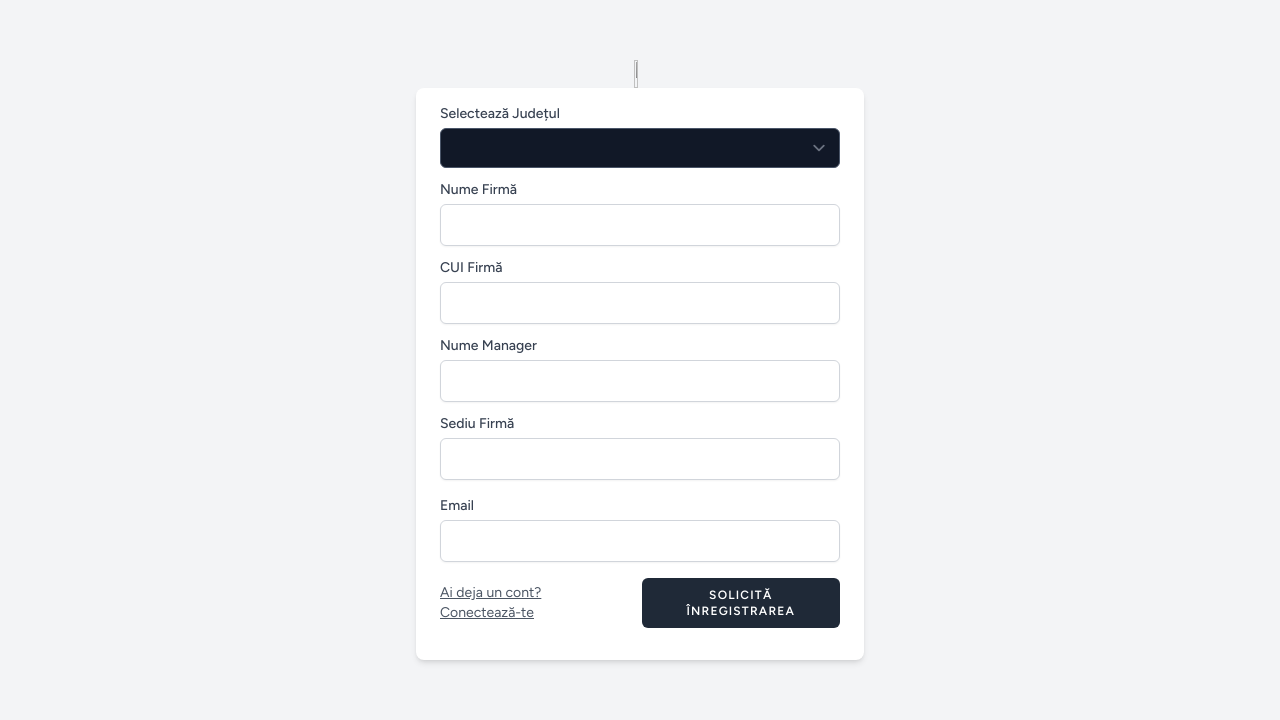
Repository: cosmin05072018/fantastic-events-manager
Page: http://localhost/register
These files come from the project's save history. The page is drawn as it stood at one moment and after the next save; the edit follows.
The browser window is 1280 px wide. The pictures show the whole page.
The page is served by the project's Laravel application, run on PHP 8.4 with Laravel 10. Other server files are loaded and not shown. Style sheets and scripts are compiled from the project's sources, by tool versions that may differ from the author's.

Above is the page before, as saved 2024-12-01 18:19:16.

### routes/web.php
<?php

use App\Http\Controllers\ProfileController;
use Illuminate\Support\Facades\Route;
use App\Http\Controllers\Auth\RegisteredUserController;
use App\Http\Controllers\SuperAdmin\FantasticAdminController;
use App\Http\Controllers\SuperAdmin\UserManagementController;

/*
|--------------------------------------------------------------------------
| Web Routes
|--------------------------------------------------------------------------
|
| Here is where you can register web routes for your application. These
| routes are loaded by the RouteServiceProvider and all of them will
| be assigned to the "web" middleware group. Make something great!
|
*/

// radacina proiectului
Route::get('/', function () {
    return view('startApp');
})->name('StartApp');;

// pagina in care userul este notificat ca a creat contul si trebuie sa astepte aprobarea noastra
Route::get('/registration/pending', [RegisteredUserController::class, 'pending'])->name('registration.pending');


// Route::get('/dashboard', function () {
//     return view('dashboard');
// })->middleware(['auth', 'verified'])->name('dashboard');

Route::middleware('auth')->group(function () {
    Route::get('/profile', [ProfileController::class, 'edit'])->name('profile.edit');
    Route::patch('/profile', [ProfileController::class, 'update'])->name('profile.update');
    Route::delete('/profile', [ProfileController::class, 'destroy'])->name('profile.destroy');
});


// SUPER ADMIN
// Route::get('/fantastic-admin', [FantasticAdminController::class, 'index'])->name('admin.dashboard');

Route::middleware('admin.access')->prefix('fantastic-admin')->name('admin.')->group(function () {
    // Dashboard route
    Route::get('/', [FantasticAdminController::class, 'index'])->name('dashboard');

    // Users management
    Route::get('/users-management', [UserManagementController::class, 'index'])->name('users-management');

    // Accept user
    Route::put('/users/{user}/accept', [UserManagementController::class, 'acceptUser'])->name('users.accept');

    // User logout
    Route::post('/logout', [FantasticAdminController::class, 'destroy'])->name('logout');

    // Delete user
    Route::delete('/users-management/{user}', [UserManagementController::class, 'destroy'])->name('users.destroy');
});



require __DIR__ . '/auth.php';

### app/Http/Controllers/Auth/RegisteredUserController.php
<?php

namespace App\Http\Controllers\Auth;

use App\Http\Controllers\Controller;
use App\Models\User;
use App\Providers\RouteServiceProvider;
use Illuminate\Auth\Events\Registered;
use Illuminate\Http\RedirectResponse;
use Illuminate\Http\Request;
use Illuminate\Support\Facades\Hash;
use Illuminate\Validation\Rules;
use Illuminate\View\View;

class RegisteredUserController extends Controller
{
    /**
     * Display the registration view.
     */
    public function create(): View
    {
        return view('auth.register');
    }

    /**
     * Handle an incoming registration request.
     *
     * @throws \Illuminate\Validation\ValidationException
     */
    public function store(Request $request): RedirectResponse
{
    $request->validate([
        'county' => ['required', 'string', 'max:255'],
        'company_name' => ['required', 'string', 'max:255'],
        'company_cui' => ['required', 'string', 'max:20', 'unique:users,company_cui'],
        'manager_name' => ['required', 'string', 'max:255'],
        'company_address' => ['required', 'string', 'max:255'],
        'email' => ['required', 'string', 'email', 'max:255', 'unique:users,email']
    ], [
        'email.unique' => 'Această adresă de email este deja înregistrată. Vă rugăm să folosiți altă adresă de email.',
        'company_cui.unique' => 'Codul CUI introdus există deja în baza noastră de date. Vă rugăm să verificați corectitudinea acestuia.',
    ]);

    $user = User::create([
        'county' => $request->county,
        'company_name' => $request->company_name,
        'company_cui' => $request->company_cui,
        'manager_name' => $request->manager_name,
        'company_address' => $request->company_address,
        'email' => $request->email,
        'status' => 0,
    ]);

    if ($user) {
        $user->save();

        return redirect()->route('registration.pending')->with('status', 'Înregistrarea dvs. este în așteptare. Veți primi un mail odată ce contul dvs. este aprobat.');
    } else {
        return redirect()->back()->withErrors(['error' => 'A apărut o eroare în timpul înregistrării. Vă rugăm să încercați din nou.']);
    }
}


    public function pending()
    {
        return view('auth.pending');
    }
}

### resources/views/auth/register.blade.php
<style>
    .logo-img {
        width: 100%;
        display: flex;
        align-items: center;
        justify-content: center;
    }

    select {
        background-color: #111827 !important;
        /* Fundal întunecat */
        color: #cbd5e0 !important;
        /* Text deschis la culoare */
        border: 1px solid #4a5568 !important;
        /* Bordură similară cu celelalte câmpuri */
        padding: 0.5rem !important;
        border-radius: 0.375rem !important;
        /* Rotunjirea colțurilor */
        height: 40px !important;
        /* Înălțime similară */
        width: 100% !important;
        /* Se extinde pe toată lățimea */
        appearance: none !important;
        /* Îndepărtează stilul implicit pentru browsere */
    }

    /* Săgeata din dreapta pentru select */
    select::-ms-expand {
        display: none !important;
        /* Ascunde săgeata în Internet Explorer */
    }

    /* Stil pentru placeholder */
    select option[value=""][disabled] {
        color: #a0aec0 !important;
        /* Culoare mai pală pentru placeholder */
    }

    /* Hover și focus pentru select */
    select:hover,
    select:focus {
        border-color: #718096 !important;
        /* Culoare pentru border la hover și focus */
        outline: none !important;
    }
</style>

<x-guest-layout>
    <form method="POST" action="{{ route('register') }}">
        @csrf

        <!-- Județ -->
        <div>
            <x-input-label for="county" :value="__('Selectează Județul')" />
            <select id="county" name="county" class="block mt-1 w-full select2" required>
                <option value=""></option>
                @foreach(['Alba', 'Arad', 'Argeș', 'Bacău', 'Bihor', 'Bistrița-Năsăud', 'Botoșani', 'Brașov', 'Brăila', 'București', 'Buzău', 'Caraș-Severin', 'Călărași', 'Cluj', 'Constanța', 'Covasna', 'Dâmbovița', 'Dolj', 'Galați', 'Giurgiu', 'Gorj', 'Harghita', 'Hunedoara', 'Ialomița', 'Iași', 'Ilfov', 'Maramureș', 'Mehedinți', 'Mureș', 'Neamț', 'Olt', 'Prahova', 'Satu Mare', 'Sălaj', 'Sibiu', 'Suceava', 'Teleorman', 'Timiș', 'Tulcea', 'Vaslui', 'Vâlcea', 'Vrancea'] as $county)
                    <option value="{{ $county }}" {{ old('county') === $county ? 'selected' : '' }}>{{ $county }}</option>
                @endforeach
            </select>
            <x-input-error :messages="$errors->get('county')" class="mt-2" />
        </div>

        <!-- Nume Firmă -->
        <div>
            <x-input-label for="company_name" class="mt-3" :value="__('Nume Firmă')" />
            <x-text-input id="company_name" class="block mt-1 w-full" type="text" name="company_name" :value="old('company_name')"
                required autocomplete="name" />
            <x-input-error :messages="$errors->get('company_name')" class="mt-2" />
        </div>

        <!-- CUI Firmă -->
        <div>
            <x-input-label class="mt-3" for="company_cui" :value="__('CUI Firmă')" />
            <x-text-input id="company_cui" class="block mt-1 w-full" type="number" name="company_cui" :value="old('company_cui')"
                required autocomplete="company_cui" />
            <x-input-error :messages="$errors->get('company_cui')" class="mt-2" />
        </div>

        <!-- Nume Admin Firmă -->
        <div>
            <x-input-label class="mt-3" for="manager_name" :value="__('Nume Manager')" />
            <x-text-input id="manager_name" class="block mt-1 w-full" type="text" name="manager_name" :value="old('manager_name')"
                required autocomplete="manager_name" />
            <x-input-error :messages="$errors->get('manager_name')" class="mt-2" />
        </div>

        <!-- Sediu Firmă -->
        <div>
            <x-input-label class="mt-3" for="company_address" :value="__('Sediu Firmă')" />
            <x-text-input id="company_address" class="block mt-1 w-full" type="text" name="company_address" :value="old('company_address')"
                required autocomplete="company_address" />
            <x-input-error :messages="$errors->get('company_address')" class="mt-2" />
        </div>

        <!-- Email Address -->
        <div class="mt-4">
            <x-input-label for="email" :value="__('Email')" />
            <x-text-input id="email" class="block mt-1 w-full" type="email" name="email" :value="old('email')"
                required autocomplete="username" />
            <x-input-error :messages="$errors->get('email')" class="mt-2" />
        </div>

        <div class="flex items-center mt-4">
            <a class="underline text-sm text-gray-600 dark:text-gray-400 hover:text-gray-900 dark:hover:text-gray-100 rounded-md focus:outline-none focus:ring-2 focus:ring-offset-2 focus:ring-indigo-500 dark:focus:ring-offset-gray-800"
                href="{{ route('login') }}">
                {{ __('Ai deja un cont? Conectează-te') }}
            </a>

            <x-primary-button class="ms-4">
                {{ __('Solicită Înregistrarea') }}
            </x-primary-button>
        </div>
    </form>
</x-guest-layout>

### resources/views/layouts/guest.blade.php
<!DOCTYPE html>
<html lang="{{ str_replace('_', '-', app()->getLocale()) }}">
    <head>
        <meta charset="utf-8">
        <meta name="viewport" content="width=device-width, initial-scale=1">
        <meta name="csrf-token" content="{{ csrf_token() }}">

        <title>{{ config('app.name', 'Laravel') }}</title>

        <!-- Fonts -->
        <link rel="preconnect" href="https://fonts.bunny.net">
        <link href="https://fonts.bunny.net/css?family=figtree:400,500,600&display=swap" rel="stylesheet" />

        <!-- Scripts -->
        @vite(['resources/css/app.css', 'resources/js/app.js'])
    </head>
    <body class="font-sans text-gray-900 antialiased">
        <div class="min-h-screen flex flex-col sm:justify-center items-center pt-6 sm:pt-0 bg-gray-100 dark:bg-gray-900">
            <div>
                <a href="/">
                    <x-application-logo class="w-20 h-20 fill-current text-gray-500" />
                </a>
            </div>

            <div class="w-full sm:max-w-md px-6 py-4 bg-white dark:bg-gray-800 shadow-md overflow-hidden sm:rounded-lg">
                {{ $slot }}
            </div>
        </div>
    </body>
</html>

### resources/views/components/application-logo.blade.php
<div class="logo-img">
    <img src="{{ asset('storage/logo.svg') }}" alt="Logo" style="width: 20% !important;">
</div>

Loaded but not shown: routes/auth.php (common file); app/Http/Controllers/Auth/EmailVerificationPromptController.php (common file); app/Http/Controllers/Controller.php (common file); app/Http/Controllers/Auth/VerifyEmailController.php (common file); app/View/Components/GuestLayout.php (common file); resources/views/components/input-label.blade.php (common file); resources/views/components/input-error.blade.php (common file); resources/views/components/text-input.blade.php (common file); resources/views/components/primary-button.blade.php (common file); resources/css/app.css (common file); tailwind.config.js (common file); resources/js/app.js (common file); resources/js/bootstrap.js (common file)

After the next save:
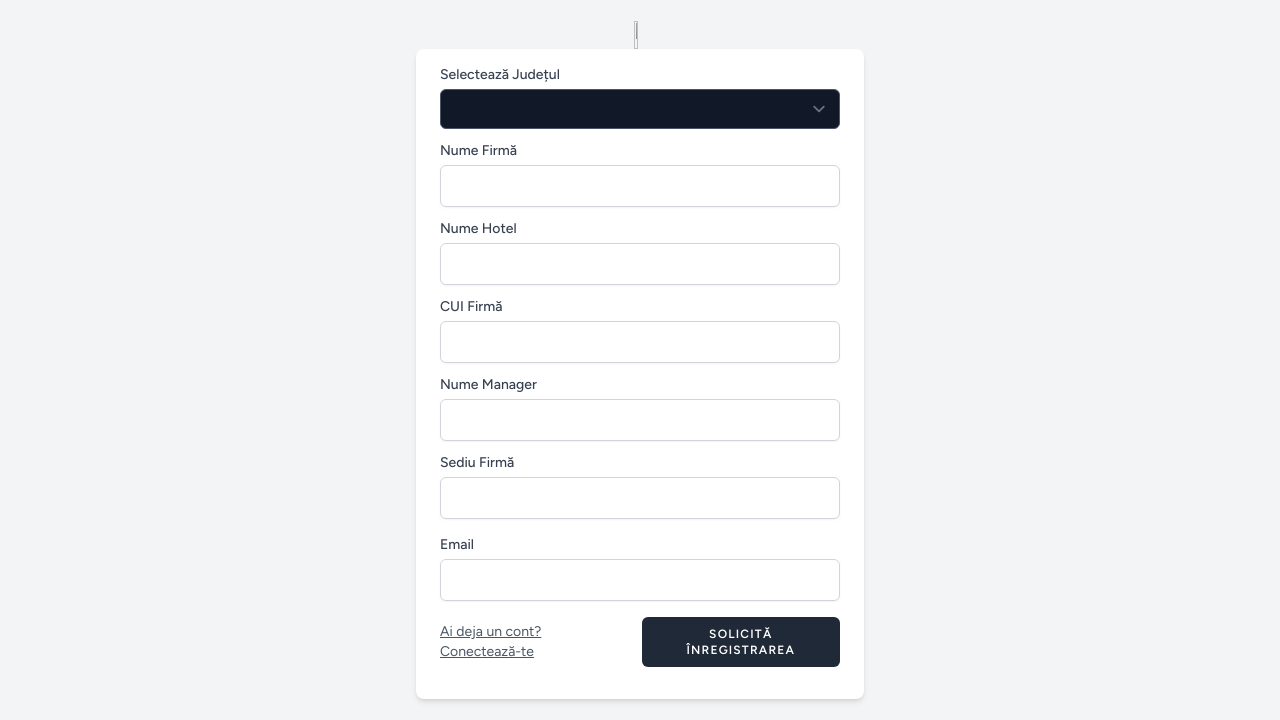
Saved 2 h 1 min later.
--- a/resources/views/auth/register.blade.php
+++ b/resources/views/auth/register.blade.php
@@ -69,6 +69,14 @@
             <x-input-error :messages="$errors->get('company_name')" class="mt-2" />
         </div>
 
+        <!-- Nume Hotel -->
+        <div>
+            <x-input-label for="hotel_name" class="mt-3" :value="__('Nume Hotel')" />
+            <x-text-input id="company_name" class="block mt-1 w-full" type="text" name="company_name" :value="old('company_name')"
+                required autocomplete="name" />
+            <x-input-error :messages="$errors->get('company_name')" class="mt-2" />
+        </div>
+
         <!-- CUI Firmă -->
         <div>
             <x-input-label class="mt-3" for="company_cui" :value="__('CUI Firmă')" />
